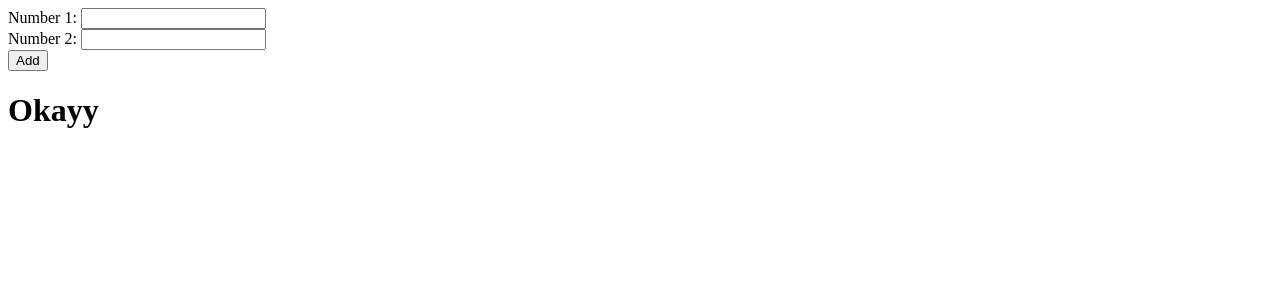
Repository: mittalvaibhav1/java-web
Page: Servlets/ServletApp/WebContent/index.html
An editor plug-in stored every save of this project. The page is shown before and after the next save, followed by the edit.
The browser window is 1280 px wide. The pictures show the whole page.

Above is the page before, as saved 2021-05-11 04:52:27.

### Servlets/ServletApp/WebContent/index.html
<!DOCTYPE html>
<html>
<head>
	<meta charset="UTF-8">
	<title>Servlet App</title>
</head>
<body>
	<form action="add">
		<label> Number 1: </label><input type="text" name="num1" /> <br />
		<label> Number 2: </label><input type="text" name="num2" /> <br />
		<input type="submit" value="Add" />
	</form>
	<h1> Okayy</h1>
</body>
</html>

After the next save:
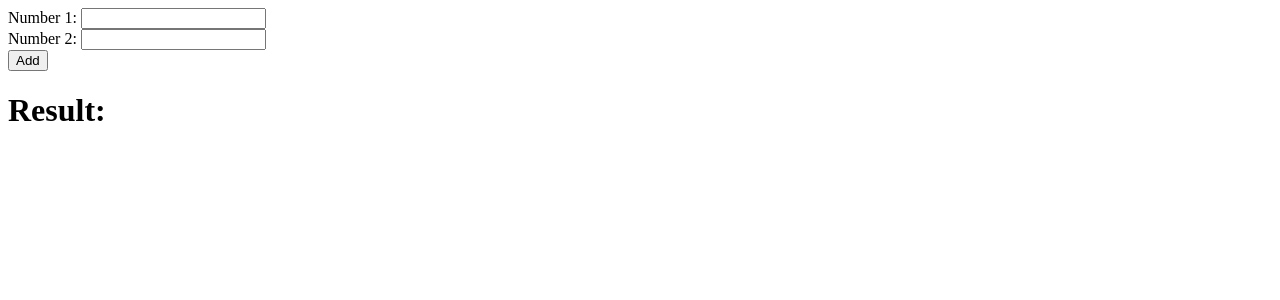
Saved 10 s later.
--- a/Servlets/ServletApp/WebContent/index.html
+++ b/Servlets/ServletApp/WebContent/index.html
@@ -10,6 +10,6 @@
 		<label> Number 2: </label><input type="text" name="num2" /> <br />
 		<input type="submit" value="Add" />
 	</form>
-	<h1> Okayy</h1>
+	<h1> Result: </h1>
 </body>
 </html>
